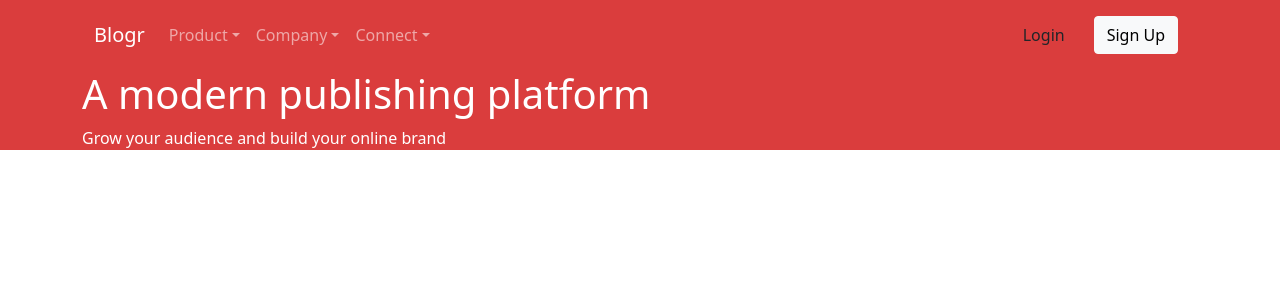
Repository: badhon252/blogr-landing-page
Page: /
An editor plug-in stored every save of this project. The page is shown before and after the next save, followed by the edit.
The browser window is 1280 px wide. The pictures show the whole page.
The project was rebuilt for these pictures with package versions that can differ from the ones it lists, and the page was loaded fresh each time.

Above is the page before, as saved 2022-01-17 22:12:14.

### public/index.html
<!DOCTYPE html>
<html lang="en">

<head>
  <meta charset="utf-8" />
  <link rel="icon" href="%PUBLIC_URL%/favicon.ico" />
  <meta name="viewport" content="width=device-width, initial-scale=1" />
  <meta name="theme-color" content="#000000" />
  <meta name="description" content="Web site created using create-react-app" />
  <link rel="apple-touch-icon" href="%PUBLIC_URL%/logo192.png" />

  <link rel="manifest" href="%PUBLIC_URL%/manifest.json" />
  <!-- Bootstrap css  -->
  <link href="https://cdn.jsdelivr.net/npm/bootstrap@5.1.3/dist/css/bootstrap.min.css" rel="stylesheet"
    integrity="sha384-1BmE4kWBq78iYhFldvKuhfTAU6auU8tT94WrHftjDbrCEXSU1oBoqyl2QvZ6jIW3" crossorigin="anonymous">


  <title>Blogr</title>
</head>

<body>
  <noscript>You need to enable JavaScript to run this app.</noscript>
  <div id="root"></div>

  <!-- Bootstrap js  -->
  <script src="https://cdn.jsdelivr.net/npm/bootstrap@5.1.3/dist/js/bootstrap.bundle.min.js"
    integrity="sha384-ka7Sk0Gln4gmtz2MlQnikT1wXgYsOg+OMhuP+IlRH9sENBO0LRn5q+8nbTov4+1p"
    crossorigin="anonymous"></script>

</body>

</html>

### src/App.js
import Maincomp from "./components/MainComp";

function App() {
  return (
    <div className="App">
      <Maincomp />
    </div>
  );
}

export default App;

### src/components/MainComp.js
import React from "react";
import Header from "./Header/Header";

const Maincomp = () => {
  return (
    <div>
      <Header />
    </div>
  );
};

export default Maincomp;

### src/components/Header/Header.js
import React from "react";
import Nav from "./Nav";
import "../styles/index.css";

export default function Header() {
  return (
    <div className="header">
      <div className="container">
        <Nav />
        <div className="justify">
          <h1>A modern publishing platform</h1>
          <p className="header-p">
            Grow your audience and build your online brand
          </p>
        </div>
      </div>
    </div>
  );
}

### src/components/Header/Nav.js
import React from "react";

const Nav = () => {
  return (
    <div>
      <nav className="navbar navbar-expand-lg navbar-dark">
        <div className="container-fluid">
          <a className="navbar-brand" href="/">
            Blogr
          </a>
          <button
            className="navbar-toggler"
            type="button"
            data-bs-toggle="collapse"
            data-bs-target="#navbarSupportedContent"
            aria-controls="navbarSupportedContent"
            aria-expanded="false"
            aria-label="Toggle navigation"
          >
            <span className="navbar-toggler-icon"></span>
          </button>
          <div className="collapse navbar-collapse" id="navbarSupportedContent">
            <ul className="navbar-nav mb-2 mb-lg-0">
              <li className="nav-item dropdown">
                <a
                  className="nav-link dropdown-toggle"
                  href="/"
                  id="navbarDropdown"
                  role="button"
                  data-bs-toggle="dropdown"
                  aria-expanded="false"
                >
                  Product
                </a>
                <ul className="dropdown-menu" aria-labelledby="navbarDropdown">
                  <li>
                    <a className="dropdown-item" href="/">
                      Action
                    </a>
                  </li>
                  <li>
                    <a className="dropdown-item" href="/">
                      Another action
                    </a>
                  </li>
                  <li>
                    <hr className="dropdown-divider" />
                  </li>
                  <li>
                    <a className="dropdown-item" href="/">
                      Something else here
                    </a>
                  </li>
                </ul>
              </li>{" "}
              <li className="nav-item dropdown">
                <a
                  className="nav-link dropdown-toggle"
                  href="/"
                  id="navbarDropdown"
                  role="button"
                  data-bs-toggle="dropdown"
                  aria-expanded="false"
                >
                  Company
                </a>
                <ul className="dropdown-menu" aria-labelledby="navbarDropdown">
                  <li>
                    <a className="dropdown-item" href="/">
                      Action
                    </a>
                  </li>
                  <li>
                    <a className="dropdown-item" href="/">
                      Another action
                    </a>
                  </li>
                  <li>
                    <hr className="dropdown-divider" />
                  </li>
                  <li>
                    <a className="dropdown-item" href="/">
                      Something else here
                    </a>
                  </li>
                </ul>
              </li>{" "}
              <li className="nav-item dropdown">
                <a
                  className="nav-link dropdown-toggle"
                  href="/"
                  id="navbarDropdown"
                  role="button"
                  data-bs-toggle="dropdown"
                  aria-expanded="false"
                >
                  Connect
                </a>
                <ul className="dropdown-menu" aria-labelledby="navbarDropdown">
                  <li>
                    <a className="dropdown-item" href="/">
                      Action
                    </a>
                  </li>
                  <li>
                    <a className="dropdown-item" href="/">
                      Another action
                    </a>
                  </li>
                  <li>
                    <hr className="dropdown-divider" />
                  </li>
                  <li>
                    <a className="dropdown-item" href="/">
                      Something else here
                    </a>
                  </li>
                </ul>
              </li>
            </ul>
            {/* login & sign-up */}
            <ul className="navbar-nav ms-auto">
              <li className="nav-item">
                <a className="nav-link" href="/">
                  <button type="button" class="btn">
                    Login
                  </button>
                </a>
              </li>{" "}
              <li className="nav-item">
                <a className="nav-link" href="/">
                  <button type="button" class="btn btn-light">
                    Sign Up
                  </button>
                </a>
              </li>
            </ul>
          </div>
        </div>
      </nav>
    </div>
  );
};

export default Nav;

### src/components/styles/index.css
.header {
  background-color: rgb(218, 61, 61);
  color: rgb(255, 255, 255);
  /* clip-path: circle(73.8% at 63% 38%); */
}

Loaded but not shown: src/index.js (common file); src/reportWebVitals.js (common file)

After the next save:
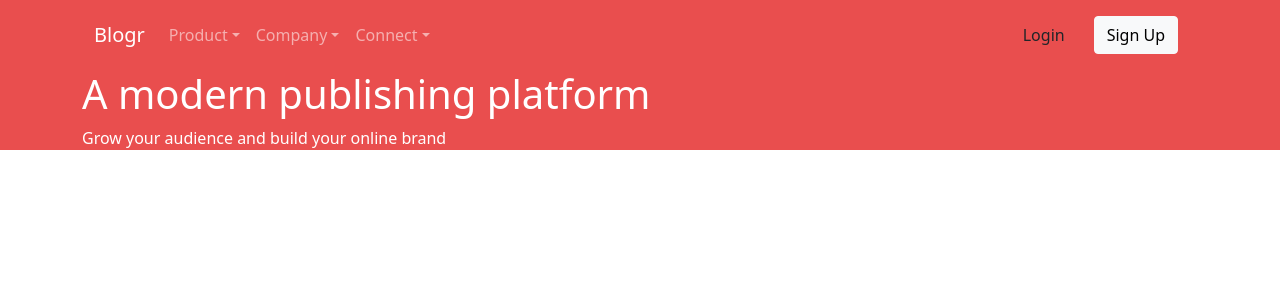
Saved 9 s later.
--- a/src/components/styles/index.css
+++ b/src/components/styles/index.css
@@ -1,5 +1,5 @@
 .header {
-  background-color: rgb(218, 61, 61);
+  background-color: rgb(233, 78, 78);
   color: rgb(255, 255, 255);
   /* clip-path: circle(73.8% at 63% 38%); */
 }
